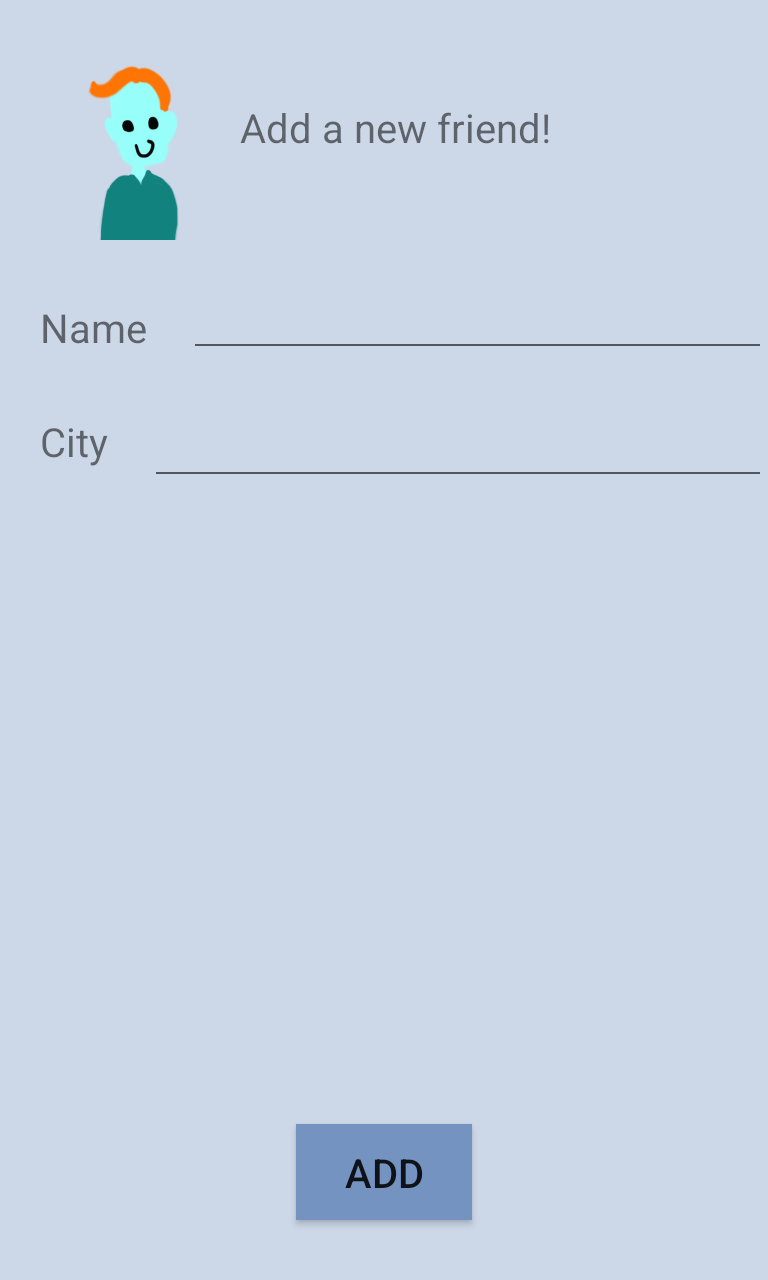
Repository: hinasakazaki/WeatherWithFriends
Layout: WeatherWithFriends/res/layout/add_fragment.xml
An editor plug-in stored every save of this project. The layout is shown before and after the next save, followed by the edit.
It is drawn on a 768 x 1280 px phone screen (xhdpi) without system bars, with theme AppTheme; the app's code is not run.

Above is the layout before, as saved 2014-06-09 22:31:25.

### WeatherWithFriends/res/layout/add_fragment.xml
<?xml version="1.0" encoding="utf-8"?>
<RelativeLayout xmlns:android="http://schemas.android.com/apk/res/android"
    android:layout_width="match_parent"
    android:layout_height="match_parent"
    android:orientation="vertical"
    android:background="#ccd7e8" >

    <!-- first row -->
	   <ImageView android:id="@+id/icon"
        android:layout_width="100dp"
        android:layout_height="100dp"
        android:layout_alignParentTop="true"
        android:layout_marginTop="20dp"
        android:layout_marginLeft="20dp"
        android:src="@drawable/mike"
        />
	   <TextView
    	    android:id="@+id/title"
    	    android:layout_width="wrap_content"
    	    android:layout_height="wrap_content"
    	    android:layout_toRightOf="@+id/icon"
    	    android:text="Add a new friend!"
    	    android:textSize="20dp"
    	    android:layout_marginTop="50dp"/>

	<!--  second row -->

	   <TextView
    	    android:id="@+id/Name"
    	    android:layout_width="wrap_content"
    	    android:layout_height="wrap_content"
    	    android:layout_alignParentLeft="true"
    	    android:layout_below="@id/icon"
    	    android:textSize="20dp"
    	    android:text="Name"
    	    android:layout_marginTop="30dp"
    	    android:layout_marginLeft="20dp"/>
	   <EditText
	       android:id="@+id/nameEdit"
	        android:layout_width="wrap_content"
    	    android:layout_height="wrap_content"
    	    android:layout_alignParentRight="true"
    	    android:layout_toRightOf="@id/Name"
    	    android:layout_below="@id/title"
    	    android:textSize="20dp"
    	    android:layout_marginTop="60dp"
    	    android:layout_marginLeft="20dp"
    	    />

	 <!-- third row -->

	   <TextView
    	    android:id="@+id/city"
    	    android:layout_width="wrap_content"
    	    android:layout_height="wrap_content"
    	    android:layout_alignParentLeft="true"
    	    android:layout_below="@id/Name"
    	    android:textSize="20dp"
    	    android:text="City"
    	    android:layout_marginTop="30dp"
    	    android:layout_marginLeft="20dp"/>

	   <EditText
	       android:id="@+id/cityEdit"
	        android:layout_width="wrap_content"
    	    android:layout_height="wrap_content"
    	    android:layout_alignParentRight="true"
    	    android:layout_toRightOf="@id/city"
    	    android:layout_below="@id/nameEdit"
    	     android:textSize="20dp"
    	     android:layout_marginTop="20dp"
    	     android:layout_marginLeft="20dp"
    	    />

    	<Button
            android:id="@+id/addButton"
            android:layout_height="wrap_content"
            android:layout_width="wrap_content"
            android:text="Add"
            android:background = "#7493c0"
            android:textSize="20dp"
            android:paddingLeft="20dp"
            android:paddingRight="20dp"
            android:layout_alignParentBottom="true"
            android:layout_marginBottom="30dp"
            android:layout_centerHorizontal="true"
            />



</RelativeLayout>

### WeatherWithFriends/res/values/styles.xml
<resources>

    <!--
        Base application theme, dependent on API level. This theme is replaced
        by AppBaseTheme from res/values-vXX/styles.xml on newer devices.
    -->
      <style name="AppBaseTheme" parent="android:Theme.Light">
        <!--
            Theme customizations available in newer API levels can go in
            res/values-vXX/styles.xml, while customizations related to
            backward-compatibility can go here.
        -->
    </style>

    <!-- Application theme. -->
    <style name="AppTheme" parent="AppBaseTheme">
        <!-- All customizations that are NOT specific to a particular API-level can go here. -->
    </style>

</resources>

Loaded but not shown: WeatherWithFriends/res/values-v11/styles.xml (common file); WeatherWithFriends/res/values-v14/styles.xml (common file)

After the next save:
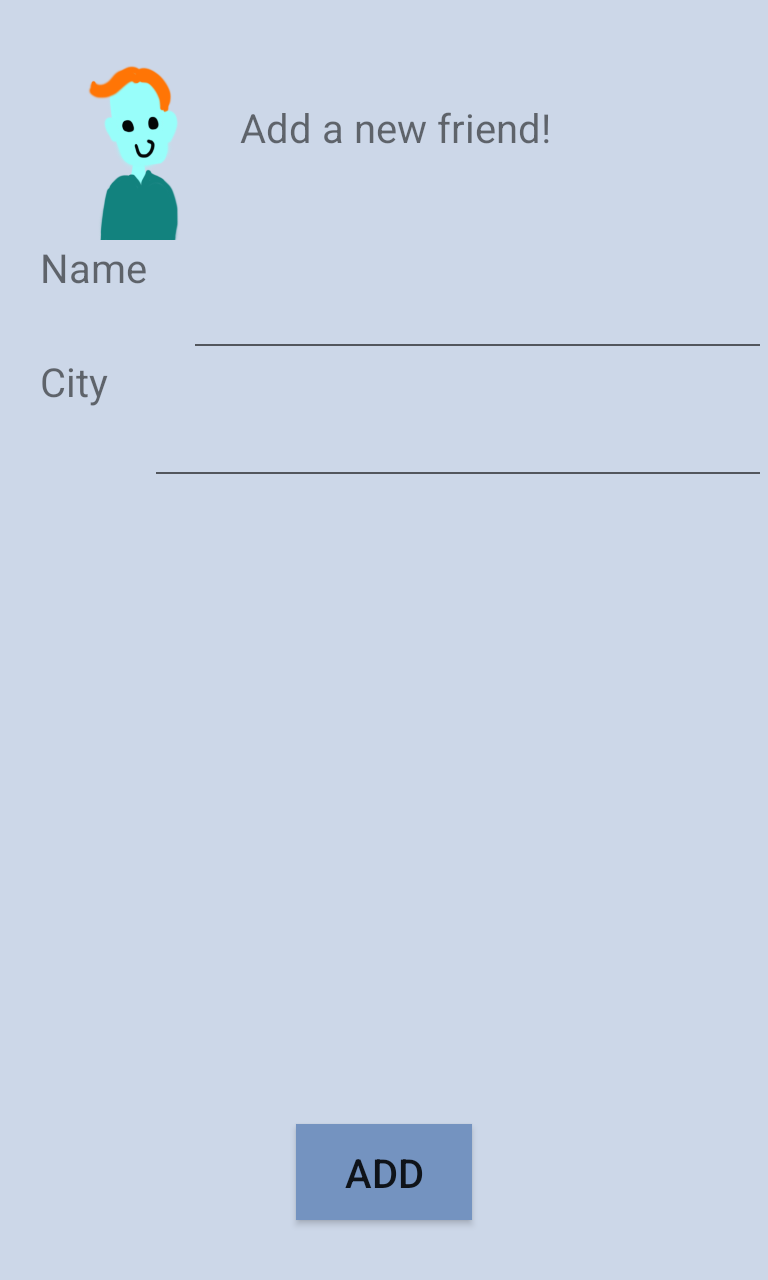
Saved 9 s later.
--- a/WeatherWithFriends/res/layout/add_fragment.xml
+++ b/WeatherWithFriends/res/layout/add_fragment.xml
@@ -33,7 +33,7 @@
     	    android:layout_below="@id/icon"
     	    android:textSize="20dp"
     	    android:text="Name"
-    	    android:layout_marginTop="30dp"
+    	    android:layout_marginTop="3å0dp"
     	    android:layout_marginLeft="20dp"/>
 	   <EditText
 	       android:id="@+id/nameEdit"

After the save that followed:
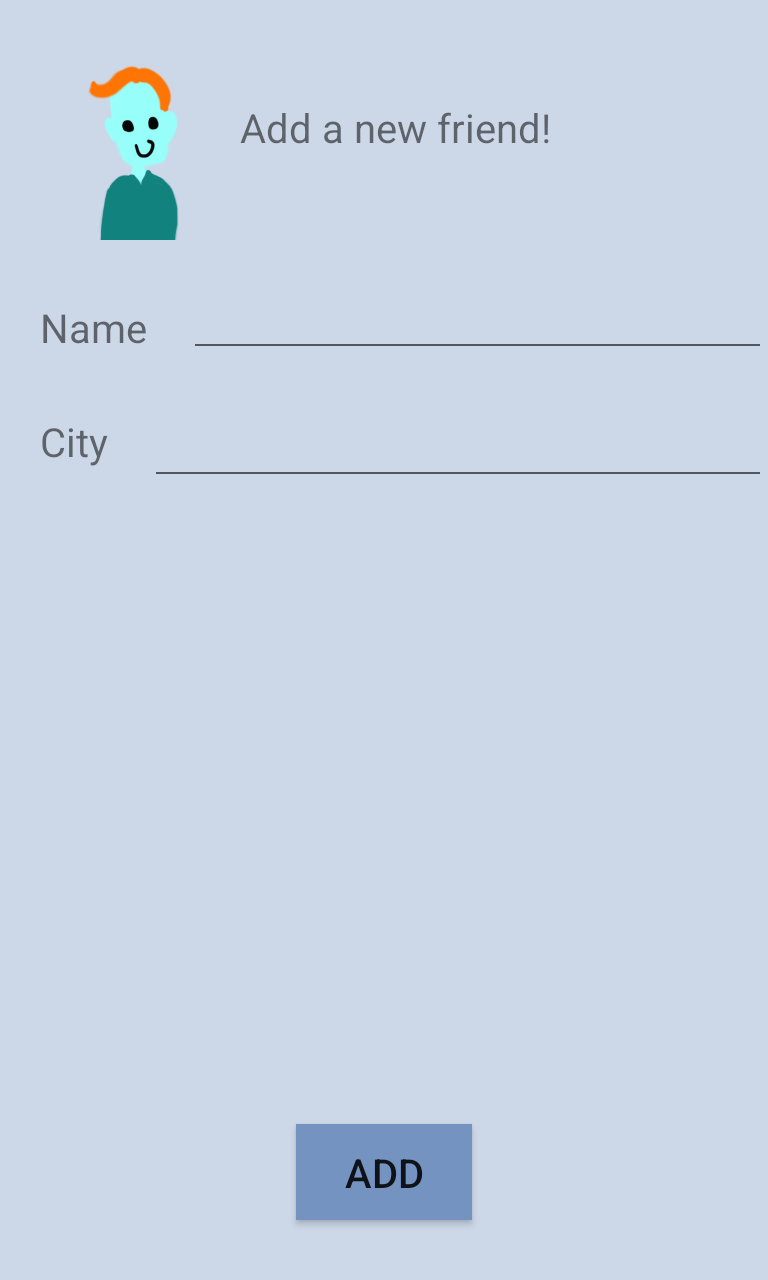
Saved 17 s later.
--- a/WeatherWithFriends/res/layout/add_fragment.xml
+++ b/WeatherWithFriends/res/layout/add_fragment.xml
@@ -33,7 +33,7 @@
     	    android:layout_below="@id/icon"
     	    android:textSize="20dp"
     	    android:text="Name"
-    	    android:layout_marginTop="3å0dp"
+    	    android:layout_marginTop="30dp"
     	    android:layout_marginLeft="20dp"/>
 	   <EditText
 	       android:id="@+id/nameEdit"
